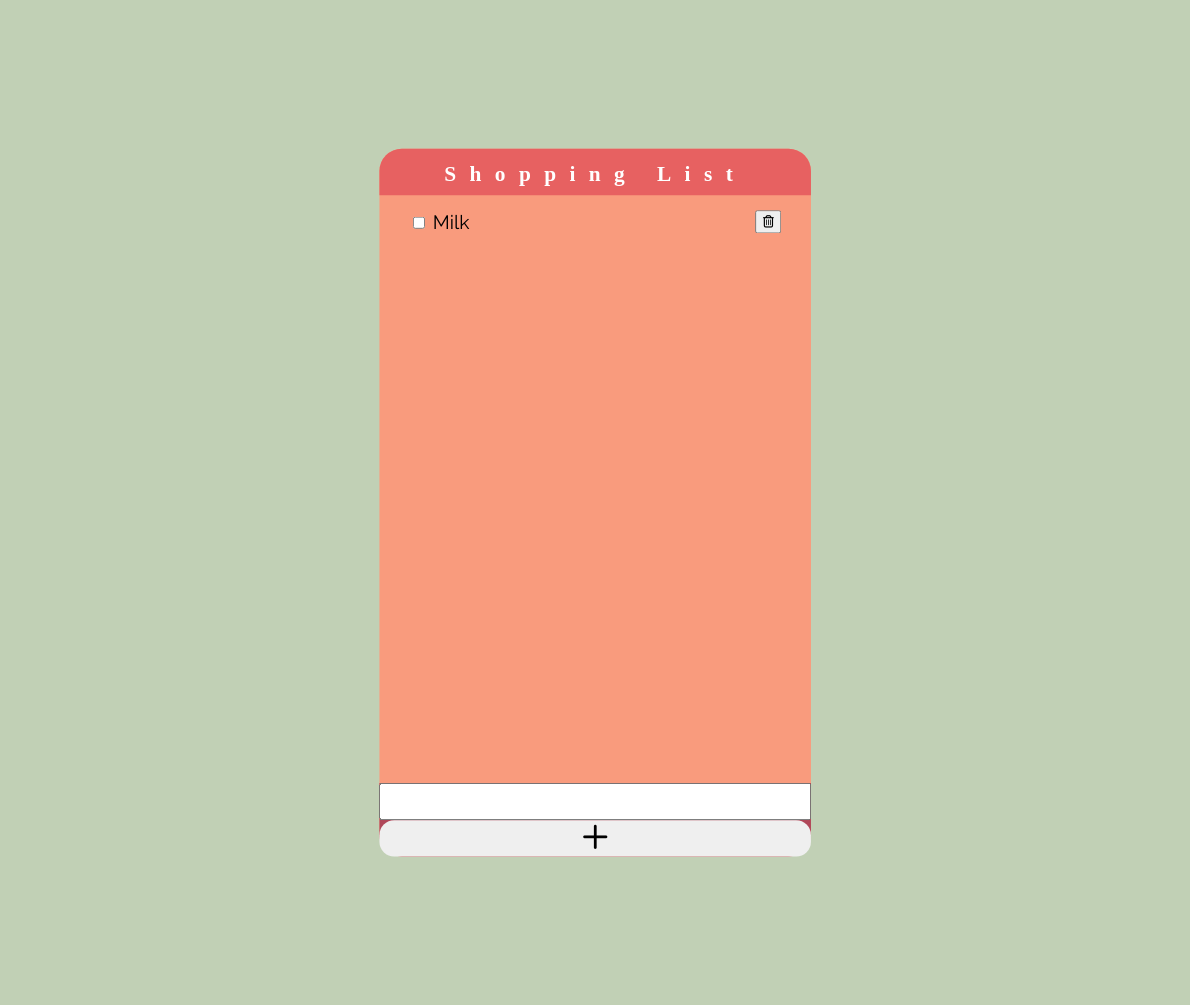
Repository: sephinejo/shopping-list-app
Page: index.html
An editor plug-in stored every save of this project. The page is shown before and after the next save, followed by the edit.
The browser window is 1280 px wide. The pictures show the whole page, at 93% of full size.
Some web fonts or font styles are not loaded; a fallback is used. Some web libraries are served in a nearby version.

Above is the page before, as saved 2023-05-12 11:11:25.

### index.html
<!DOCTYPE html>
<html lang="en">
  <head>
    <meta charset="UTF-8" />
    <meta http-equiv="X-UA-Compatible" content="IE=edge" />
    <meta name="viewport" content="width=device-width, initial-scale=1.0" />
    <title>Shopping List 🛍️🛒</title>
    <link rel="preconnect" href="https://fonts.googleapis.com" />
    <link rel="preconnect" href="https://fonts.gstatic.com" crossorigin />
    <link
      href="https://fonts.googleapis.com/css2?family=Alice&family=Raleway:wght@400;600;700;800&display=swap"
      rel="stylesheet"
    />
    <script
      src="https://kit.fontawesome.com/9ac80604cb.js"
      crossorigin="anonymous"
    ></script>
    <script src="main.js" defer></script>
    <link rel="stylesheet" href="style.css" />
  </head>
  <body>
    <section class="container">
      <header class="header">Shopping List</header>
      <ul class="items">
        <li class="item__row">
          <div class="item">
            <input id="item__checkbox" name="item__checkbox" type="checkbox" />
            <label for="item__checkbox">Milk</label>
          </div>
          <button><i class="fa-regular fa-trash-can"></i></button>
        </li>
      </ul>
      <footer>
        <input class="input" type="text" />
        <button class="footer__button">
          <i class="fa-regular fa-plus"></i>
        </button>
      </footer>
    </section>
  </body>
</html>

### style.css
* {
  box-sizing: border-box;
}

body {
  text-align: center;
  background-color: #c1d0b5;
}

.container {
  margin: 10rem auto;
  width: 29rem;
  background-color: #f99b7d;
  border-radius: 1.5rem;
}

.header {
  height: 50px;
  padding: 15px;
  font-family: 'Alice';
  font-size: 23px;
  font-weight: 700;
  color: white;
  letter-spacing: 0.9rem;
  background: #e76161;
  border-radius: 1.5rem 1.5rem 0 0;
}

.items {
  height: 600px;
  overflow-y: auto;
  margin: 1rem 2rem;
  padding: 0;
}

.item__row {
  display: flex;
  justify-content: space-between;
  font-size: 1.3rem;
  font-family: 'Raleway';
  font-weight: 500;
}

footer {
  background: #b04759;
  display: flex;
  flex-direction: column;
  border-radius: 0 0 1.5rem 1.5rem;
}

.input {
  height: 40px;
  outline: none;
  font-size: 1.4rem;
}

.footer__button {
  border-style: none;
  border-radius: 1rem;
  cursor: pointer;
  font-size: 2rem;
}

Loaded but not shown: main.js (no copy from this time; the picture is the same without it)

After the next save:
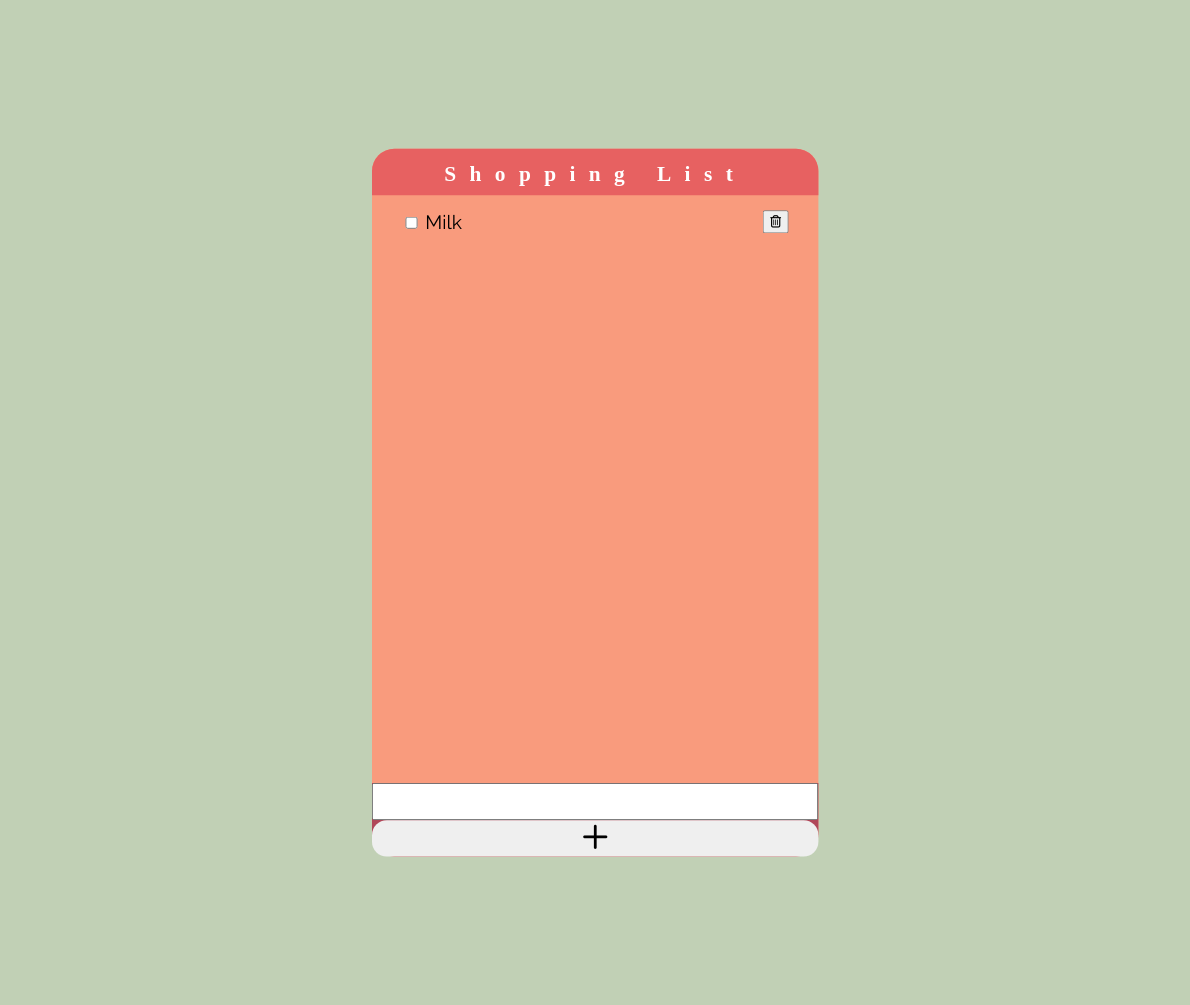
Saved 36 s later.
--- a/style.css
+++ b/style.css
@@ -9,7 +9,7 @@ body {
 
 .container {
   margin: 10rem auto;
-  width: 29rem;
+  width: 30rem;
   background-color: #f99b7d;
   border-radius: 1.5rem;
 }
